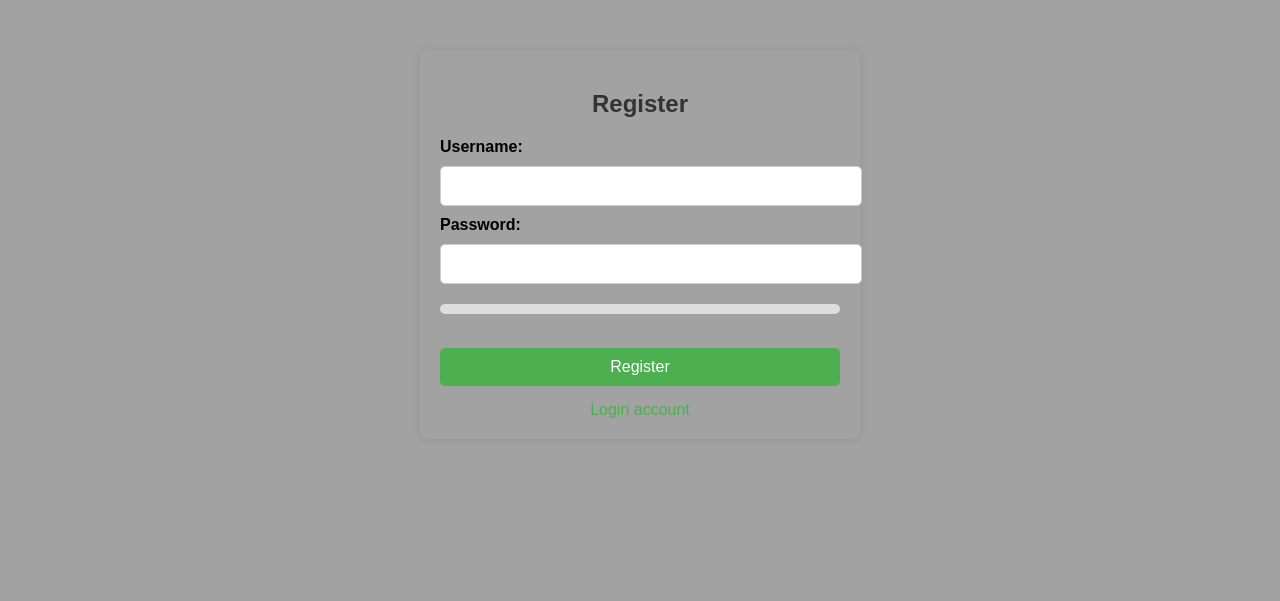
Repository: wolvicjohn/argon2
Page: http://localhost/register.php
An editor plug-in stored every save of this project. The page is shown before and after the next save, followed by the edit.
The browser window is 1280 px wide. The pictures show the whole page.
The page is run by PHP 8.4 with error messages shown; the project is at /var/www/html/.

Above is the page before, as saved 2024-10-18 02:06:16.

### register.php
<?php
// Database connection
$host = 'localhost';
$db = 'argon2_auth';
$user = 'root';  // or your DB username
$pass = '';      // or your DB password

$dsn = "mysql:host=$host;dbname=$db;charset=utf8mb4";
$options = [
    PDO::ATTR_ERRMODE => PDO::ERRMODE_EXCEPTION,
    PDO::ATTR_DEFAULT_FETCH_MODE => PDO::FETCH_ASSOC,
];

try {
    $pdo = new PDO($dsn, $user, $pass, $options);
} catch (PDOException $e) {
    die("Database connection failed: " . $e->getMessage());
}

if ($_SERVER['REQUEST_METHOD'] === 'POST') {
    $username = $_POST['username'];
    $password = $_POST['password'];

    // Check if the username is already taken
    $stmt = $pdo->prepare('SELECT id FROM users WHERE username = ?');
    $stmt->execute([$username]);
    if ($stmt->fetch()) {
        die('Username is already taken');
    }

    // Hash the password using Argon2
    $passwordHash = password_hash($password, PASSWORD_ARGON2ID);

    // Insert the new user into the database
    $stmt = $pdo->prepare('INSERT INTO users (username, password_hash) VALUES (?, ?)');
    $stmt->execute([$username, $passwordHash]);

    echo "User registered successfully!";
}
?>

<!DOCTYPE html>
<html lang="en">

<head>
    <meta charset="UTF-8">
    <title>Register</title>
    <link rel="stylesheet" href="styles.css">
</head>

<body>
    <div class="container">
        <h2>Register</h2>
        <form action="register.php" method="POST">
            <label for="username">Username:</label><br>
            <input type="text" name="username" id="username" required><br>

            <label for="password">Password:</label><br>
            <input type="password" name="password" id="password" required><br>

            <div class="password-strength">
                <div class="strength-bar" id="strength-bar"></div>
            </div>
            <p id="strength-text"></p><br>

            <button type="submit">Register</button>
            <a href="login.php" class="button">Login account</a>
        </form>
    </div>

    <script>
        const passwordInput = document.getElementById('password');
        const strengthBar = document.getElementById('strength-bar');
        const strengthText = document.getElementById('strength-text');

        passwordInput.addEventListener('input', () => {
            const strength = calculateStrength(passwordInput.value);
            updateStrengthMeter(strength);
        });

        function calculateStrength(password) {
            let strength = 0;

            if (password.length >= 8) strength++;
            if (/[A-Z]/.test(password)) strength++;
            if (/[a-z]/.test(password)) strength++;
            if (/[0-9]/.test(password)) strength++;
            if (/[^A-Za-z0-9]/.test(password)) strength++;

            return strength;
        }

        function updateStrengthMeter(strength) {
            strengthBar.className = '';

            if (strength <= 1) {
                strengthBar.style.width = '20%';
                strengthBar.classList.add('strength-weak');
                strengthText.textContent = 'Weak';
            } else if (strength <= 3) {
                strengthBar.style.width = '60%';
                strengthBar.classList.add('strength-medium');
                strengthText.textContent = 'Medium';
            } else {
                strengthBar.style.width = '100%';
                strengthBar.classList.add('strength-strong');
                strengthText.textContent = 'Strong';
            }
        }
    </script>
</body>

</html>

### styles.css
body {
    font-family: Arial, sans-serif;
    margin: 50px auto;
    padding: 20px;
    max-width: 400px;
    background-color: #a2a2a2;
    border-radius: 10px;
    box-shadow: 0 0 10px rgba(0, 0, 0, 0.1);
}

h2 {
    text-align: center;
    color: #333;
}

label {
    font-weight: bold;
    margin-top: 10px;
}

input {
    margin: 10px 0;
    padding: 10px;
    width: 100%;
    border: 1px solid #ccc;
    border-radius: 5px;
    font-size: 16px;
}

button {
    padding: 10px 20px;
    cursor: pointer;
    background-color: #4CAF50;
    color: white;
    border: none;
    border-radius: 5px;
    font-size: 16px;
    width: 100%;
    transition: background-color 0.3s;
}

button:hover {
    background-color: #45a049;
}

.password-strength {
    margin-top: 10px;
    height: 10px;
    width: 100%;
    background-color: #ddd;
    border-radius: 5px;
    overflow: hidden;
}

.strength-bar {
    height: 100%;
    width: 0%;
    transition: width 0.3s ease-in-out;
}

.strength-weak {
    background-color: red;
}

.strength-medium {
    background-color: orange;
}

.strength-strong {
    background-color: green;
}

.message {
    margin-top: 5px;
    font-size: 14px;
    font-weight: bold;
    text-align: center;
}

a {
    display: block;
    margin-top: 15px;
    text-align: center;
    text-decoration: none;
    color: #4CAF50;
}

a:hover {
    text-decoration: underline;
}

After the next save:
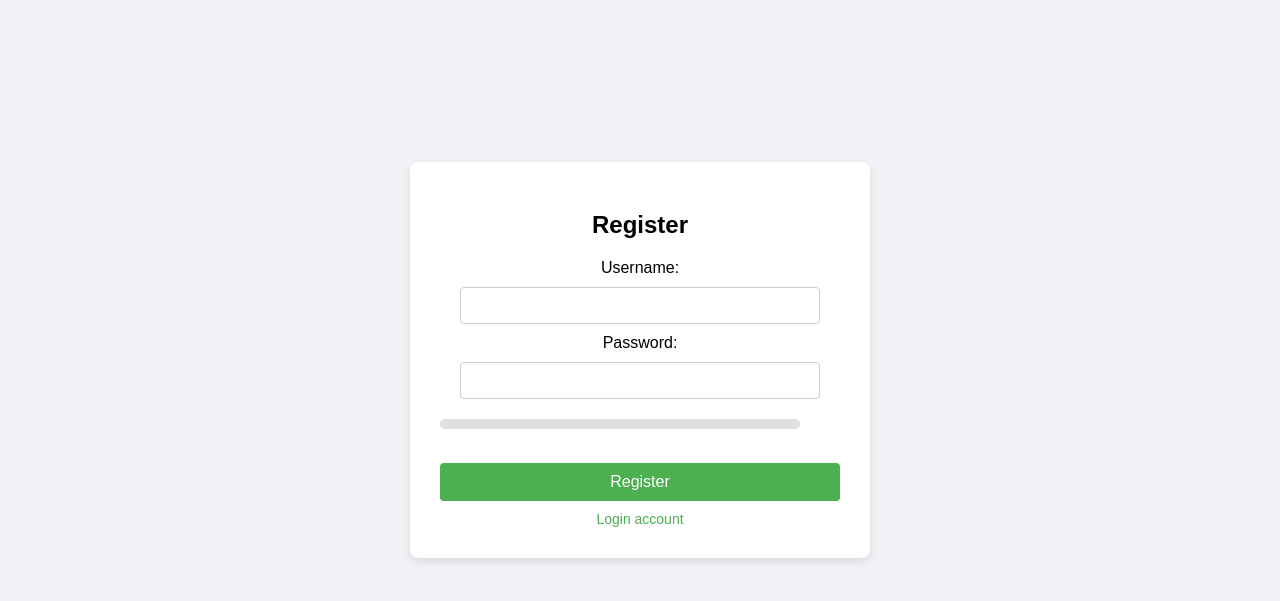
Saved 8 s later.
--- a/styles.css
+++ b/styles.css
@@ -1,61 +1,80 @@
+/* styles.css */
+
+/* Global Styling */
 body {
-    font-family: Arial, sans-serif;
-    margin: 50px auto;
-    padding: 20px;
-    max-width: 400px;
-    background-color: #a2a2a2;
-    border-radius: 10px;
-    box-shadow: 0 0 10px rgba(0, 0, 0, 0.1);
+    font-family: 'Arial', sans-serif;
+    background-color: #f0f2f5;
+    margin: 0;
+    padding: 0;
+    display: flex;
+    justify-content: center;
+    align-items: center;
+    height: 100vh;
+}
+
+.container {
+    background-color: white;
+    padding: 30px;
+    border-radius: 8px;
+    box-shadow: 0 4px 8px rgba(0, 0, 0, 0.1);
+    width: 400px;
+    text-align: center;
 }
 
 h2 {
-    text-align: center;
-    color: #333;
-}
-
-label {
-    font-weight: bold;
-    margin-top: 10px;
+    margin-bottom: 20px;
 }
 
 input {
     margin: 10px 0;
     padding: 10px;
-    width: 100%;
+    width: 90%;
     border: 1px solid #ccc;
-    border-radius: 5px;
-    font-size: 16px;
+    border-radius: 4px;
+    box-sizing: border-box;
 }
 
 button {
-    padding: 10px 20px;
-    cursor: pointer;
+    width: 100%;
+    padding: 10px;
     background-color: #4CAF50;
     color: white;
     border: none;
-    border-radius: 5px;
+    border-radius: 4px;
+    cursor: pointer;
     font-size: 16px;
-    width: 100%;
-    transition: background-color 0.3s;
 }
 
 button:hover {
     background-color: #45a049;
 }
 
+a.button {
+    display: inline-block;
+    margin-top: 10px;
+    text-decoration: none;
+    color: #4CAF50;
+    font-size: 14px;
+}
+
+a.button:hover {
+    text-decoration: underline;
+}
+
+/* Password Strength Meter */
 .password-strength {
     margin-top: 10px;
     height: 10px;
-    width: 100%;
-    background-color: #ddd;
+    width: 90%;
+    background-color: #e0e0e0;
     border-radius: 5px;
     overflow: hidden;
 }
 
 .strength-bar {
     height: 100%;
-    width: 0%;
-    transition: width 0.3s ease-in-out;
+    width: 0;
+    transition: width 0.3s;
 }
 
 .strength-weak {
@@ -69,22 +88,3 @@ button:hover {
 .strength-strong {
     background-color: green;
 }
-
-.message {
-    margin-top: 5px;
-    font-size: 14px;
-    font-weight: bold;
-    text-align: center;
-}
-
-a {
-    display: block;
-    margin-top: 15px;
-    text-align: center;
-    text-decoration: none;
-    color: #4CAF50;
-}
-
-a:hover {
-    text-decoration: underline;
-}
